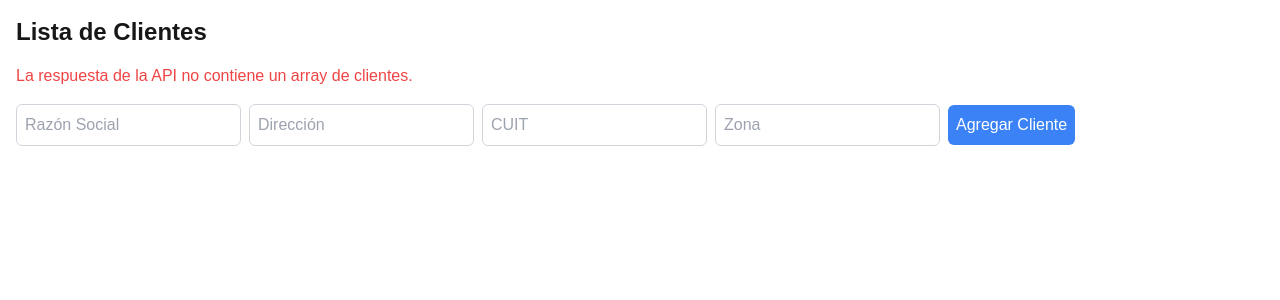
Repository: manucavallera/Sistema-Gestion
Page: /clientes
These files come from the project's save history. The page is drawn as it stood at one moment and after the next save; the edit follows.
The browser window is 1280 px wide. The pictures show the whole page.
The page's requests for data from a server got no answer. The project was rebuilt for these pictures with package versions that can differ from the ones it lists, and the page was loaded fresh each time. The framework's server and built-in components were replaced by stand-ins that run in the browser. No one was signed in, and anything a server would have sent is missing. Also part of the build but not shown: next.config.mjs.

Above is the page before, as saved 2024-11-11 23:03:06.

After the next save:
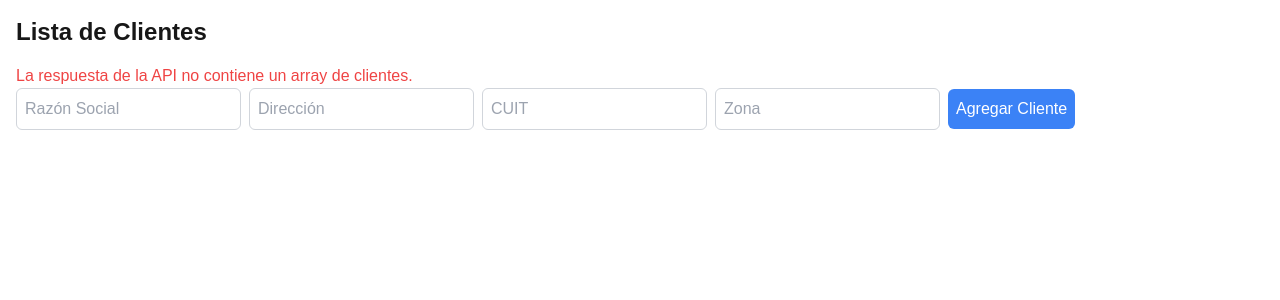
Saved 2 min 45 s later.
--- a/src/app/clientes/page.tsx
+++ b/src/app/clientes/page.tsx
@@ -30,7 +30,7 @@
   useEffect(() => {
     const cargarClientes = async () => {
       setLoading(true);
-      setError(null); // Resetea el error al cargar
+      setError(null);
       try {
         const response = await getAllClients();
         if (response.data && Array.isArray(response.data)) {
@@ -56,8 +56,10 @@
       try {
         const response = await updateClient(clienteEditando.id, cliente);
         if (response.data) {
-          setClientes(
-            clientes.map((c) => (c.id === response.data.id ? response.data : c))
+          setClientes((prevClientes) =>
+            prevClientes.map((c) =>
+              c.id === response.data.id ? response.data : c
+            )
           );
           alert("Cliente actualizado con éxito.");
         }
@@ -74,7 +76,7 @@
       try {
         const response = await createClient(cliente);
         if (response.data) {
-          setClientes([...clientes, response.data]); // Asegúrate de que response.data tenga la propiedad id
+          setClientes((prevClientes) => [...prevClientes, response.data]);
           alert("Cliente agregado con éxito.");
         }
         resetForm();
@@ -108,7 +110,7 @@
     if (confirmacion) {
       try {
         await deleteClient(id);
-        setClientes(clientes.filter((cliente) => cliente.id !== id));
+        setClientes((prevClientes) => prevClientes.filter((c) => c.id !== id));
         alert("Cliente eliminado con éxito.");
       } catch (err) {
         setError(
@@ -122,7 +124,7 @@
   return (
     <div className='p-4 bg-background'>
       <h1 className='text-2xl font-bold mb-4'>Lista de Clientes</h1>
-      {error && <div className='text-red-500 mb-4'>{error}</div>}
+      {error && <div className='text-red-500 mb -4'>{error}</div>}
       {loading && <div className='text-blue-500 mb-4'>Cargando...</div>}
       <div className='mb-4'>
         <input
@@ -135,7 +137,7 @@
               razonSocial: e.target.value,
             }))
           }
-          className='border border-gray-300 p-2 mr-2 rounded-md focus:outline-none focus:ring-2 focus:ring-blue- 500'
+          className='border border-gray-300 p-2 mr-2 rounded-md focus:outline-none focus:ring-2 focus:ring-blue-500'
         />
         <input
           type='text'

After the save that followed:
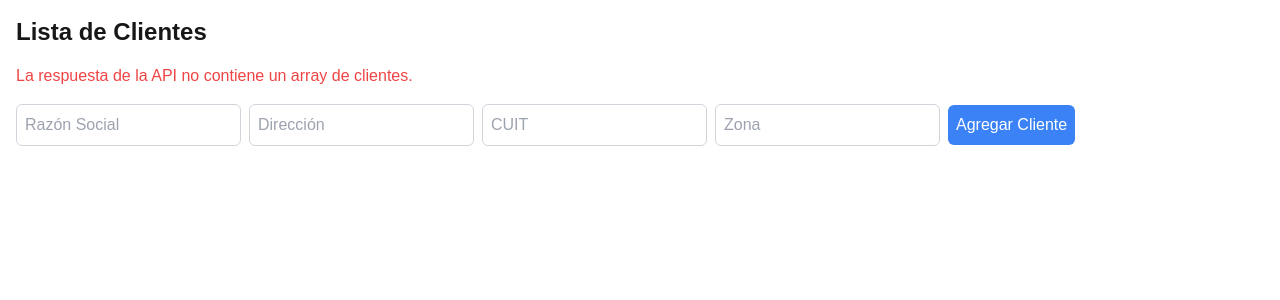
Saved 84 s later.
--- a/src/app/clientes/page.tsx
+++ b/src/app/clientes/page.tsx
@@ -124,7 +124,7 @@
   return (
     <div className='p-4 bg-background'>
       <h1 className='text-2xl font-bold mb-4'>Lista de Clientes</h1>
-      {error && <div className='text-red-500 mb -4'>{error}</div>}
+      {error && <div className='text-red-500 mb-4'>{error}</div>}
       {loading && <div className='text-blue-500 mb-4'>Cargando...</div>}
       <div className='mb-4'>
         <input
